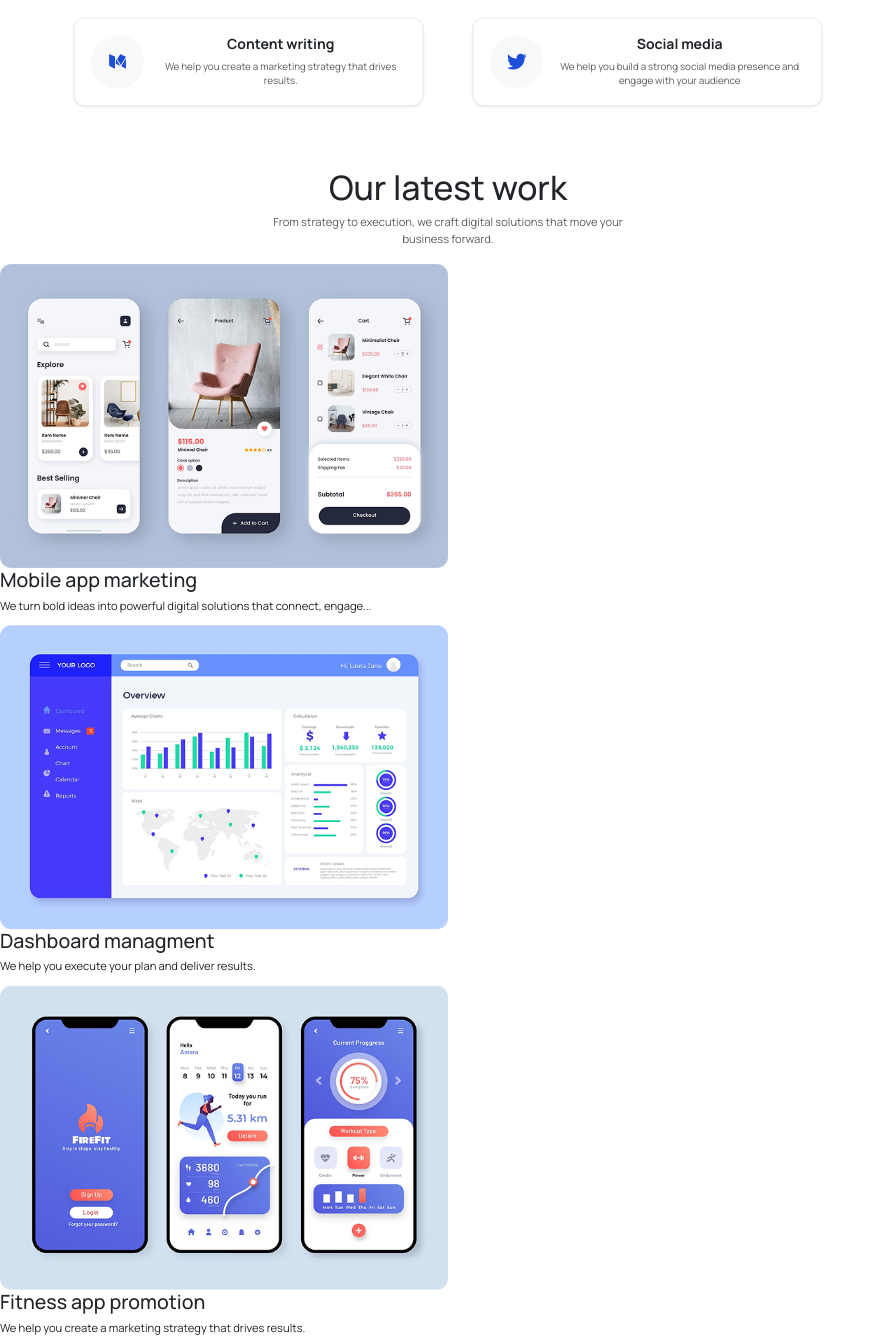
Repository: RAMADAN975/modern-agency-portfolio
Page: /
These files come from the project's save history. The page is drawn as it stood at one moment and after the next save; the edit follows.
The browser window is 1280 px wide. The pictures show the part of the page from y = 1626 to 3546 px (the page is 3550 px tall before and 2582 px after), at 70% of full size.
The project was rebuilt for these pictures with package versions that can differ from the ones it lists, and the page was loaded fresh each time. Also part of the build but not shown: vite.config.js.

Above is the page before, as saved 2026-03-23 23:49:13.

After the next save:
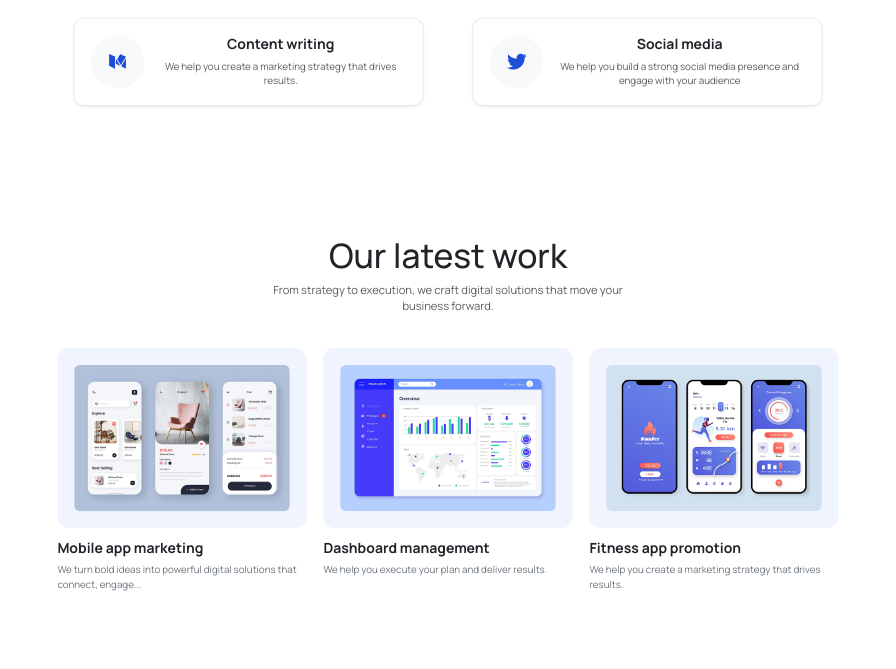
Saved 1 s later.
--- a/src/Components/OutWork.jsx
+++ b/src/Components/OutWork.jsx
@@ -11,7 +11,7 @@
             image: assets.work_mobile_app
         },
         {
-            title: 'Dashboard managment',
+            title: 'Dashboard management',
             description: 'We help you execute your plan and deliver results.',
             image: assets.work_dashboard_management
         },
@@ -23,19 +23,37 @@
     ]
 
     return (
-        <div id='our-work' className=''>
-            <Title title='Our latest work' desc='From strategy to execution, we craft digital solutions that move your business forward.' />
+        <div id='our-work' className="container py-5 my-5">
+            {/* مكون العنوان الرئيسي */}
+            <Title
+                title='Our latest work'
+                desc='From strategy to execution, we craft digital solutions that move your business forward.'
+            />
 
-            <div className=''>
-                {
-                    workData.map((work, index) => (
-                        <div key={index} className=''>
-                            <img src={work.image} className='' alt="" />
-                            <h3 className=''>{work.title}</h3>
-                            <p className=''>{work.description}</p>
+            {/* شبكة الأعمال باستخدام Row و Col الخاصة ببوتستراب */}
+            <div className="row g-4 mt-4">
+                {workData.map((work, index) => (
+                    <div key={index} className="col-12 col-md-6 col-lg-4">
+                        <div className="h-100 border-0">
+
+                            {/* حاوية الصورة: خلفية زرقاء خفيفة، حواف دائرية، وتوسيط محتوى */}
+                            <div className="d-flex justify-content-center align-items-center p-4 mb-3 rounded-4"
+                                style={{ backgroundColor: '#F0F4FF' }}>
+                                <img
+                                    src={work.image}
+                                    className="img-fluid rounded-3"
+                                    alt={work.title}
+                                />
+                            </div>
+
+                            {/* النصوص أسفل الصورة */}
+                            <div className="text-start">
+                                <h3 className="h5 fw-bold mb-2">{work.title}</h3>
+                                <p className="text-secondary small lh-base">{work.description}</p>
+                            </div>
                         </div>
-                    ))
-                }
+                    </div>
+                ))}
             </div>
         </div>
     )
